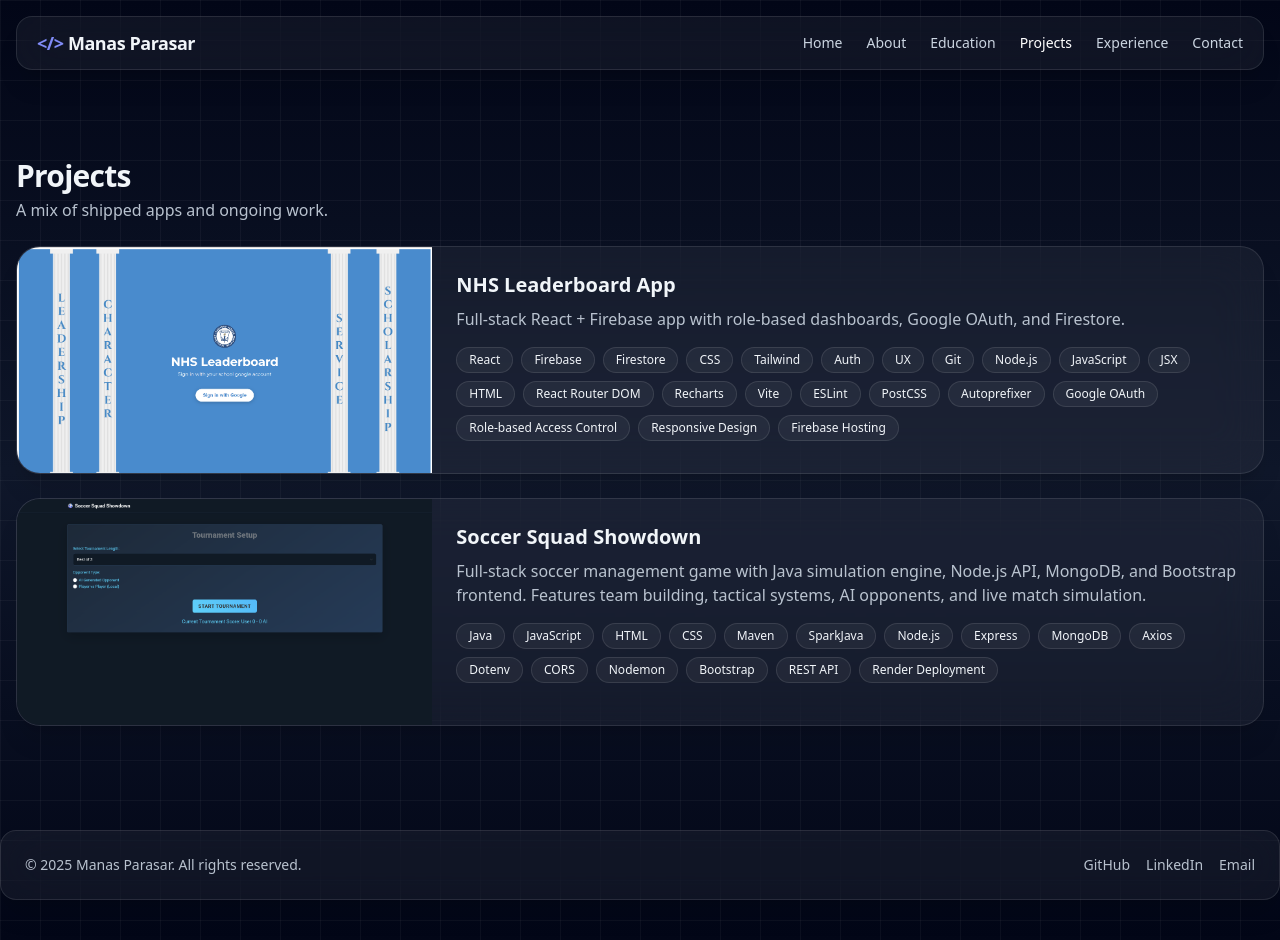
Repository: Manas-Parasar/portfolio-manas-parasar
Page: /projects
An editor plug-in stored every save of this project. The page is shown before and after the next save, followed by the edit.
The browser window is 1280 px wide. The pictures show the whole page.
The project was rebuilt for these pictures with package versions that can differ from the ones it lists, and the page was loaded fresh each time. Also part of the build but not shown: vite.config.js, src/components/Hero.jsx, src/pages/Home.jsx, src/pages/About.jsx, src/components/TimelineItem.jsx, src/pages/Experience.jsx, src/pages/Contact.jsx. Imported but missing from the stored project, and not drawn on this page: src/assets/Manas Parasar Resume.pdf.

Above is the page before, as saved 2025-10-12 22:58:24.

### index.html
<!DOCTYPE html>
<html lang="en">
  <head>
    <meta charset="UTF-8" />
    <meta name="viewport" content="width=device-width, initial-scale=1.0" />
    <title>Manas Parasar Portfolio</title>
    <meta
      name="description"
      content="Portfolio of Manas Parasar: projects, leadership, research, and impact."
    />
    <link rel="icon" href="/PortfolioFavicon.png" />
  </head>
  <body
    class="min-h-screen bg-gradient-to-b from-slate-950 via-slate-900 to-slate-950 text-slate-100"
  >
    <div id="root"></div>
    <script type="module" src="/src/main.jsx"></script>
  </body>
</html>

### src/main.jsx
import { BrowserRouter } from "react-router-dom";
import "./index.css";
import React from "react";
import ReactDOM from "react-dom/client";
import App from "./App";

ReactDOM.createRoot(document.getElementById("root")).render(
  <React.StrictMode>
    <BrowserRouter>
      <App />
    </BrowserRouter>
  </React.StrictMode>
);

### src/index.css
@tailwind base;
@tailwind components;
@tailwind utilities;

html,
body {
  margin: 0;
  padding: 0;
  box-sizing: border-box;
  overscroll-behavior: none;
  overflow-x: hidden;
}

html {
  background-color: #0aa345; /* slate-900 */
}

html,
body {
  margin: 0;
  padding: 0;
  box-sizing: border-box;
}

html {
  background-color: #0f172a; /* slate-900 */
}

/* Subtle selection & scrollbar tweaks */
::selection {
  background: #175430;
  color: white;
}
::-webkit-scrollbar {
  width: 10px;
}
::-webkit-scrollbar-thumb {
  background: rgba(148, 184, 155, 0.4);
  border-radius: 999px;
}

/* Reusable utilities */
@layer utilities {
  .glass {
    @apply bg-white/5 backdrop-blur-xl border border-white/10 shadow-xl;
  }
  .btn {
    @apply inline-flex items-center gap-2 rounded-2xl px-5 py-2 font-medium transition;
  }
  .btn-primary {
    @apply btn bg-brand-600 hover:bg-brand-500 text-white;
  }
  .btn-ghost {
    @apply btn glass hover:bg-white/10;
  }
  .headline {
    @apply text-4xl md:text-5xl font-extrabold tracking-tight;
  }
  .subtle {
    @apply text-slate-300/90;
  }
}

### src/App.jsx
import { Routes, Route } from "react-router-dom";
import Navbar from "./components/Navbar";
import Footer from "./components/Footer";
import Home from "./pages/Home";
import About from "./pages/About";
import Projects from "./pages/Projects";
import Experience from "./pages/Experience";
import Contact from "./pages/Contact";
import Education from "./pages/Education";

export default function App() {
  return (
    <div className="min-h-screen flex flex-col bg-grid-sheer bg-grid-sheer bg-[length:40px_40px] overflow-hidden">
      <div className="absolute inset-0 -z-10 opacity-70" aria-hidden>
        <div className="absolute -top-40 -left-40 h-96 w-96 rounded-full bg-brand-500 blur-[120px] opacity-30 animate-float" />
      </div>
      <Navbar />
      <main className="container py-10 flex-grow">
        <Routes>
          <Route path="/" element={<Home />} />
          <Route path="/about" element={<About />} />
          <Route path="/education" element={<Education />} />
          <Route path="/projects" element={<Projects />} />
          <Route path="/experience" element={<Experience />} />
          <Route path="/contact" element={<Contact />} />
        </Routes>
      </main>
      <Footer />
    </div>
  );
}

### src/components/Navbar.jsx
import { Link, NavLink } from "react-router-dom";
import { Menu, X } from "lucide-react";
import { useState } from "react";

export default function Navbar() {
  const [open, setOpen] = useState(false);
  const nav = [
    { to: "/", label: "Home" },
    { to: "/about", label: "About" },
    { to: "/education", label: "Education" },
    { to: "/projects", label: "Projects" },
    { to: "/experience", label: "Experience" },
    { to: "/contact", label: "Contact" },
  ];

  const NavItems = ({ onClick }) => (
    <ul className="flex flex-col md:flex-row gap-4 md:gap-6 text-sm">
      {nav.map((n) => (
        <li key={n.to}>
          <NavLink
            to={n.to}
            onClick={onClick}
            className={({ isActive }) =>
              `transition hover:text-white ${
                isActive ? "text-white" : "text-slate-300"
              }`
            }
          >
            {n.label}
          </NavLink>
        </li>
      ))}
    </ul>
  );

  return (
    <header className="sticky top-0 z-50">
      <div className="container mt-4">
        <div className="glass rounded-2xl px-5 py-3 flex items-center justify-between">
          <Link to="/" className="font-black tracking-tight text-lg">
            <span className="text-brand-400">&lt;/&gt;</span> Manas Parasar
          </Link>
          <nav className="hidden md:block">
            <NavItems />
          </nav>
          <button
            className="md:hidden btn-ghost"
            onClick={() => setOpen(!open)}
            aria-label="Toggle Menu"
          >
            {open ? <X size={20} /> : <Menu size={20} />}
          </button>
        </div>
        {open && (
          <div className="md:hidden mt-2 glass rounded-2xl px-5 py-4">
            <NavItems onClick={() => setOpen(false)} />
          </div>
        )}
      </div>
    </header>
  );
}

### src/components/Footer.jsx
export default function Footer() {
  return (
    <footer className="mt-16 pb-10">
      <div className="container glass rounded-2xl p-6 flex flex-col md:flex-row items-center justify-between gap-4">
        <p className="text-sm subtle">
          © {new Date().getFullYear()} Manas Parasar. All rights reserved.
        </p>
        <div className="text-sm subtle flex gap-4">
          <a
            href="https://github.com/"
            target="_blank"
            className="hover:text-white"
          >
            GitHub
          </a>
          <a
            href="https://linkedin.com/"
            target="_blank"
            className="hover:text-white"
          >
            LinkedIn
          </a>
          <a href="mailto:manas@example.com" className="hover:text-white">
            Email
          </a>
        </div>
      </div>
    </footer>
  );
}

### src/pages/Projects.jsx
import ProjectCard from "../components/ProjectCard";
import Section from "../components/Section";
import nhsLeaderboardScreenshot from "../assets/NHS Leaderboard Screenshot.png";
import soccerSquadShowdownScreenshot from "../assets/Soccer Squad Showdown Screenshot.png";

export default function Projects() {
  const items = [
    {
      title: "NHS Leaderboard App",
      desc: "Full-stack React + Firebase app with role-based dashboards, Google OAuth, and Firestore.",
      tags: [
        "React",
        "Firebase",
        "Firestore",
        "CSS",
        "Tailwind",
        "Auth",
        "UX",
        "Git",
        "Node.js",
        "JavaScript",
        "JSX",
        "HTML",
        "React Router DOM",
        "Recharts",
        "Vite",
        "ESLint",
        "PostCSS",
        "Autoprefixer",
        "Google OAuth",
        "Role-based Access Control",
        "Responsive Design",
        "Firebase Hosting",
      ],
      link: "https://github.com/Manas-Parasar/NHS-Service-Hours-Leaderboard",
      img: nhsLeaderboardScreenshot,
    },
    {
      title: "Soccer Squad Showdown",
      desc: "Full-stack soccer management game with Java simulation engine, Node.js API, MongoDB, and Bootstrap frontend. Features team building, tactical systems, AI opponents, and live match simulation.",
      tags: [
        "Java",
        "JavaScript",
        "HTML",
        "CSS",
        "Maven",
        "SparkJava",
        "Node.js",
        "Express",
        "MongoDB",
        "Axios",
        "Dotenv",
        "CORS",
        "Nodemon",
        "Bootstrap",
        "REST API",
        "Render Deployment",
      ],
      link: "https://github.com/Manas-Parasar/Soccer-Squad-Showdown",
      img: soccerSquadShowdownScreenshot,
    },
  ];

  return (
    <Section
      title="Projects"
      subtitle="A mix of shipped apps and ongoing work."
    >
      <div className="grid gap-6">
        {items.map((p) => (
          <ProjectCard
            key={p.title}
            title={p.title}
            desc={p.desc}
            tags={p.tags}
            link={p.link}
            img={p.img}
          />
        ))}
      </div>
    </Section>
  );
}

### src/pages/Education.jsx
import { FaJava, FaRegCopyright } from "react-icons/fa";
import { DiVisualstudio } from "react-icons/di";
import {
  SiJavascript,
  SiReact,
  SiPython,
  SiFirebase,
  SiTailwindcss,
  SiGit,
  SiGithub,
  SiHtml5,
  SiCss3,
  SiCplusplus,
  SiNodedotjs,
  SiTypescript,
  SiExpress,
} from "react-icons/si";
import React from "react";

const skills = [
  { name: "Java", icon: <FaJava />, color: "text-red-500" },
  { name: "React", icon: <SiReact />, color: "text-blue-500" },
  { name: "Python", icon: <SiPython />, color: "text-yellow-500" },
  { name: "Firebase", icon: <SiFirebase />, color: "text-yellow-400" },
  { name: "Tailwind", icon: <SiTailwindcss />, color: "text-teal-500" },
  { name: "GitHub", icon: <SiGithub />, color: "text-gray-400" },
  { name: "Git", icon: <SiGit />, color: "text-orange-600" },
  { name: "HTML", icon: <SiHtml5 />, color: "text-orange-500" },
  { name: "CSS", icon: <SiCss3 />, color: "text-blue-600" },
  { name: "JavaScript", icon: <SiJavascript />, color: "text-yellow-300" },
  { name: "TypeScript", icon: <SiTypescript />, color: "text-blue-400" },
  { name: "C", icon: <FaRegCopyright />, color: "text-blue-600" },
  { name: "C++", icon: <SiCplusplus />, color: "text-blue-700" },
  { name: "Express.js", icon: <SiExpress />, color: "text-gray-400" },
  { name: "Node.js", icon: <SiNodedotjs />, color: "text-green-500" },
  { name: "Visual Studio", icon: <DiVisualstudio />, color: "text-blue-500" },
];

export default function Education() {
  return (
    <div className="space-y-6">
      <div className="glass rounded-3xl p-6 hover:shadow-glow transition">
        <h3 className="font-semibold mb-2 text-2xl text-brand-400">College</h3>
        <div className="subtle">
          <p className="font-bold">Paradise Valley Community College</p>
          <p>Associate of Science in Computer Science</p>
          <p>Expected Graduation: May 2026</p>
          <br />
          <p>Associate of Arts in Mathematics</p>
          <p>Expected Graduation: May 2026</p>
        </div>
      </div>
      <div className="glass rounded-3xl p-6 hover:shadow-glow transition">
        <h3 className="font-semibold mb-2 text-2xl text-brand-400">
          High School
        </h3>
        <div className="subtle">
          <p className="font-bold">
            Arizona Agribusiness & Equine Center - Paradise Valley
          </p>
          <p>High School Diploma</p>
          <p>May 2026</p>
          <p>Phoenix, AZ</p>
        </div>
      </div>
      <div className="glass rounded-3xl p-6 hover:shadow-glow transition">
        <h3 className="font-semibold mb-2 text-2xl text-brand-400">
          Academics & Scores
        </h3>
        <ul className="subtle list-disc list-inside space-y-1">
          <li>SAT: 1530 (770 Math, 760 English)</li>
          <li>ACT: 35 (36 Math, 36 Science, 36 English, 33 Reading)</li>
          <li>GPA: 4.00 (Unweighted)</li>
        </ul>
      </div>
      <div className="glass rounded-3xl p-6 hover:shadow-glow transition">
        <h3 className="font-semibold mb-2 text-2xl text-brand-400">
          Certifications & Awards
        </h3>
        <ul className="subtle list-disc list-inside space-y-1">
          <li>Python Essential Training Certification (LinkedIn Learning)</li>
          <li>Introduction to Web APIs Certification (LinkedIn Learning)</li>
          <li>President’s Honor Roll (Paradise Valley Community College)</li>
          <li>
            4.0 Honor Roll (3x, Arizona Agribusiness & Equine Center - Paradise
            Valley)
          </li>
          <li>
            Excellence in Science (2024 - 2025, Arizona Agribusiness & Equine
            Center - Paradise Valley)
          </li>
        </ul>
      </div>
      <div className="glass rounded-3xl p-6 hover:shadow-glow transition">
        <h3 className="font-semibold mb-2 text-2xl text-brand-400">
          Related Coursework
        </h3>
        <div className="grid grid-cols-1 md:grid-cols-2 gap-4 subtle">
          <div>
            <ul className="list-disc list-inside space-y-1">
              <li>Geometry 1-2</li>
              <li>Algebra 3-4</li>
              <li>Pre-Calculus 1-2</li>
              <li>College Algebra/Functions (MAT151)</li>
              <li>Calculus with Analytical Geometry I (MAT220)</li>
              <li>Calculus with Analytical Geometry II (MAT230)</li>
              <li>Biology 1-2</li>
            </ul>
          </div>
          <div>
            <ul className="list-disc list-inside space-y-1">
              <li>Chemistry 1-2</li>
              <li>Introduction to Computer Science (Java) (CSC110AB)</li>
              <li>
                Object Oriented Programming and Data Structures (Java)
                (CSC205AC)
              </li>
              <li>Digital Design Fundamentals (CSC120)</li>
              <li>
                Introduction to Different Programming Languages (CSC240AA)
              </li>
              <li>Introduction to Logic (PHI103)</li>
            </ul>
          </div>
        </div>
      </div>
      <div className="glass rounded-3xl p-6 hover:shadow-glow transition">
        <h3 className="font-semibold mb-2 text-2xl text-brand-400">Skills</h3>
        <div className="grid grid-cols-2 md:grid-cols-4 gap-4">
          {skills.map((skill) => (
            <div
              key={skill.name}
              className="flex items-center gap-4 bg-white/5 p-4 rounded-lg transition-all duration-300 ease-in-out hover:bg-white/10 hover:scale-105 hover:shadow-glow"
            >
              <div className={`text-4xl ${skill.color}`}>{skill.icon}</div>
              <div>
                <h4 className="font-bold">{skill.name}</h4>
              </div>
            </div>
          ))}
        </div>
      </div>
    </div>
  );
}

### src/components/Section.jsx
export default function Section({ title, subtitle, children, cta }) {
  return (
    <section className="mt-12">
      <div className="flex items-end justify-between gap-4 mb-6">
        <div>
          <h2 className="text-2xl md:text-3xl font-bold tracking-tight">
            {title}
          </h2>
          {subtitle && <p className="subtle mt-1">{subtitle}</p>}
        </div>
        {cta}
      </div>
      <div className="grid gap-6">{children}</div>
    </section>
  );
}

### src/components/ProjectCard.jsx
import { motion } from "framer-motion";

export default function ProjectCard({
  title,
  desc,
  tags = [],
  img = "https://images.unsplash.com/photo-1522071820081-009f0129c71c?q=80&w=1400&auto=format&fit=crop",
  link = "#",
}) {
  return (
    <motion.a
      href={link}
      target="_blank"
      rel="noreferrer"
      initial={{ opacity: 0, y: 20 }}
      whileInView={{ opacity: 1, y: 0 }}
      viewport={{ once: true }}
      transition={{ duration: 0.5 }}
      className="group glass rounded-3xl overflow-hidden grid md:grid-cols-3"
    >
      <div className="md:col-span-1">
        <img
          src={img}
          alt={title}
          className="h-48 md:h-full w-full object-cover transition group-hover:scale-105"
        />
      </div>
      <div className="md:col-span-2 p-6">
        <h3 className="text-xl font-bold mb-2">{title}</h3>
        <p className="subtle mb-4">{desc}</p>
        <div className="flex flex-wrap gap-2">
          {tags.map((t) => (
            <span
              key={t}
              className="px-3 py-1 rounded-full bg-white/5 text-xs border border-white/10"
            >
              {t}
            </span>
          ))}
        </div>
      </div>
    </motion.a>
  );
}

### tailwind.config.js
/** @type {import('tailwindcss').Config} */
export default {
  content: ["./index.html", "./src/**/*.{js,jsx,ts,tsx}"],
  theme: {
    extend: {
      container: { center: true, padding: "1rem" },
      fontFamily: {
        display: ["Inter", "ui-sans-serif", "system-ui"],
      },
      colors: {
        brand: {
          50: "#eef2ff",
          100: "#e0e7ff",
          200: "#c7d2fe",
          300: "#a5b4fc",
          400: "#818cf8",
          500: "#6366f1",
          600: "#4f46e5",
          700: "#4338ca",
          800: "#3730a3",
          900: "#312e81",
        },
      },
      boxShadow: {
        glow: "0 0 0 0 rgba(99,102,241,0.5), 0 0 80px 10px rgba(99,102,241,0.25)",
      },
      backgroundImage: {
        "grid-sheer":
          "linear-gradient(rgba(255,255,255,0.04) 1px, transparent 1px), linear-gradient(90deg, rgba(255,255,255,0.04) 1px, transparent 1px)",
      },
      backgroundSize: {
        "grid-sheer": "40px 40px",
      },
      animation: {
        float: "float 6s ease-in-out infinite",
        shimmer: "shimmer 4s linear infinite",
      },
      keyframes: {
        float: {
          "0%, 100%": { transform: "translateY(0px)" },
          "50%": { transform: "translateY(-10px)" },
        },
        shimmer: {
          "0%": { backgroundPosition: "-200% 0" },
          "100%": { backgroundPosition: "200% 0" },
        },
      },
    },
  },
  plugins: [],
};

After the next save:
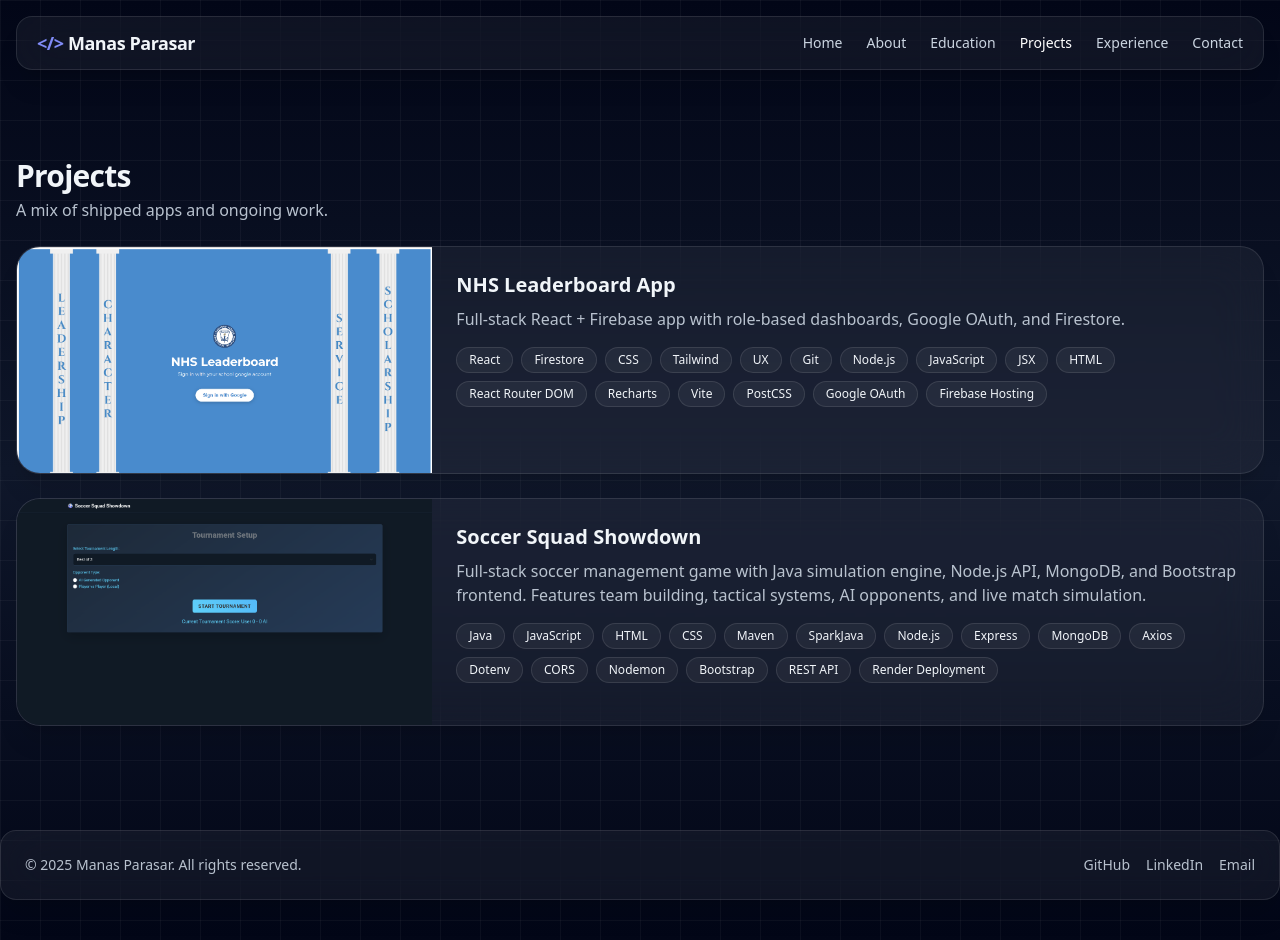
Saved 2 min 40 s later.
--- a/src/pages/Projects.jsx
+++ b/src/pages/Projects.jsx
@@ -10,11 +10,9 @@ export default function Projects() {
       desc: "Full-stack React + Firebase app with role-based dashboards, Google OAuth, and Firestore.",
       tags: [
         "React",
-        "Firebase",
         "Firestore",
         "CSS",
         "Tailwind",
-        "Auth",
         "UX",
         "Git",
         "Node.js",
@@ -24,12 +22,8 @@ export default function Projects() {
         "React Router DOM",
         "Recharts",
         "Vite",
-        "ESLint",
         "PostCSS",
-        "Autoprefixer",
         "Google OAuth",
-        "Role-based Access Control",
-        "Responsive Design",
         "Firebase Hosting",
       ],
       link: "https://github.com/Manas-Parasar/NHS-Service-Hours-Leaderboard",
